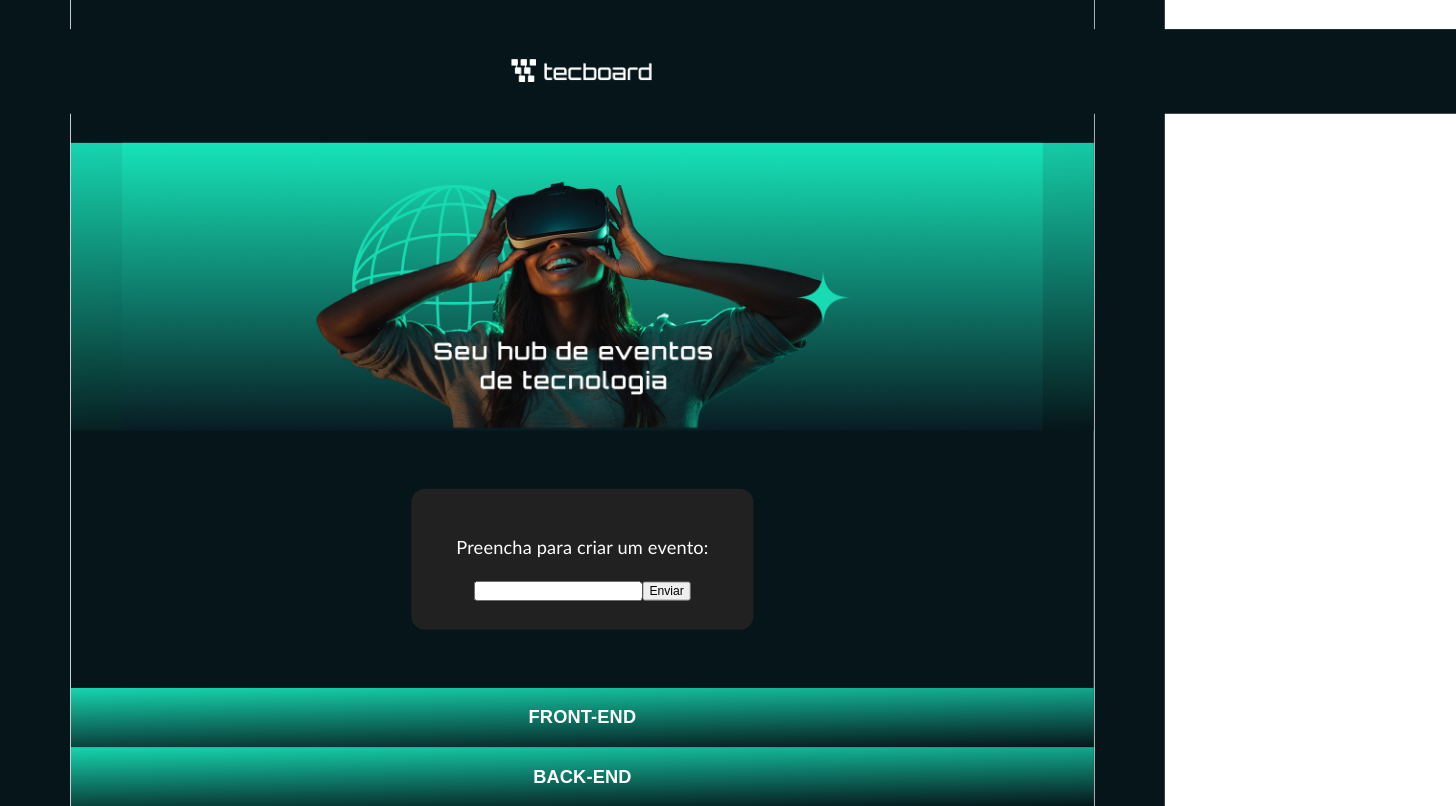
Repository: fernandadev12/techboard
Page: /
The author's editor kept a copy of each file at every save. The page is drawn from the files as they stood at one save, then again after the next save.
The browser window is 1280 px wide. The page is 1600 px wide, so the pictures cover 1600 px, including what lies to the right of the window. The pictures show the whole page, at 91% of full size.
The project was rebuilt for these pictures with package versions that can differ from the ones it lists, and the page was loaded fresh each time. Also part of the build but not shown: vite.config.js.

Above is the page before, as saved 2026-06-14 14:26:51.

After the next save:
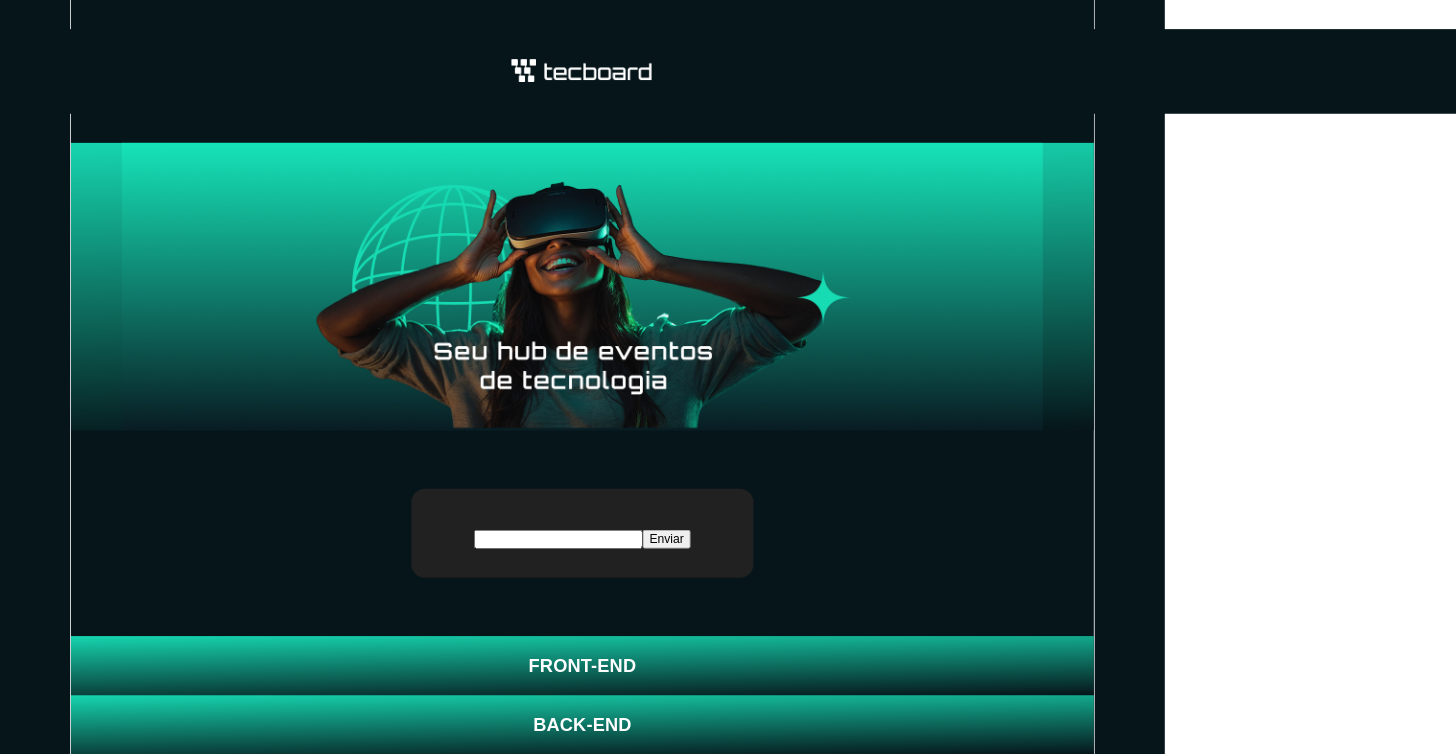
Saved 44 s later.
--- a/src/componentes/TituloFormulario/index.jsx
+++ b/src/componentes/TituloFormulario/index.jsx
@@ -1,8 +1,8 @@
 import "./titulostyle.css";
 
-export function TituloFormulario() {
-  return <h3 class="tituloform">Preencha para criar um evento:</h3>;
+// export function TituloFormulario() {
+//   return <h3 class="tituloform">Preencha para criar um evento:</h3>;
+// }
+export function TituloFormulario({ children }) {
+  return <h2>{children}</h2>;
 }
-// export function TituloFormulario({ children }) {
-//   return <h2>{children}</h2>;
-// }
